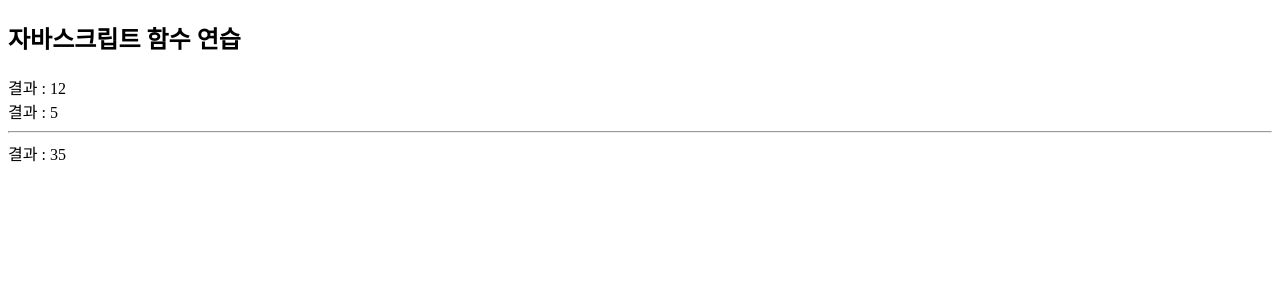
Repository: shinsil0601/webstudy
Page: 03_JavaScript/src/main/webapp/day02/ex06_function.html
The author's editor kept a copy of each file at every save. The page is drawn from the files as they stood at one save, then again after the next save.
The browser window is 1280 px wide. The pictures show the whole page.

Above is the page before, as saved 2023-06-28 02:55:22.

### 03_JavaScript/src/main/webapp/day02/ex06_function.html
<!DOCTYPE html>
<html>
<head>
<meta charset="UTF-8">
<title>function() : 함수</title>
<script type="text/javascript">
	// 리턴이 없는 함수
	function add(a,b) {
		document.write("결과 : "+ (a+b) +"<br>");
	}
	var result;
	function sub(a,b) {
		result = a-b;
	}
	// 리턴이 있는 함수
	function mul(a,b){
		return a*b;
	}
	function mul2(a,b){
		var res = a*b;
		return res;
	}
</script>
</head>
<body>
	<h2> 자바스크립트 함수 연습 </h2>
	<script type="text/javascript">
		//리턴이 없는 함수 호출
		add(7,5);
		sub(7,2);
		document.write("결과 : "+ result);
		document.write("<hr>");

		//리턴이 있는 함수 호출
		var k = mul(7,5);
		document.write("결과 : "+ k);
	</script>
</body>
</html>

After the next save:
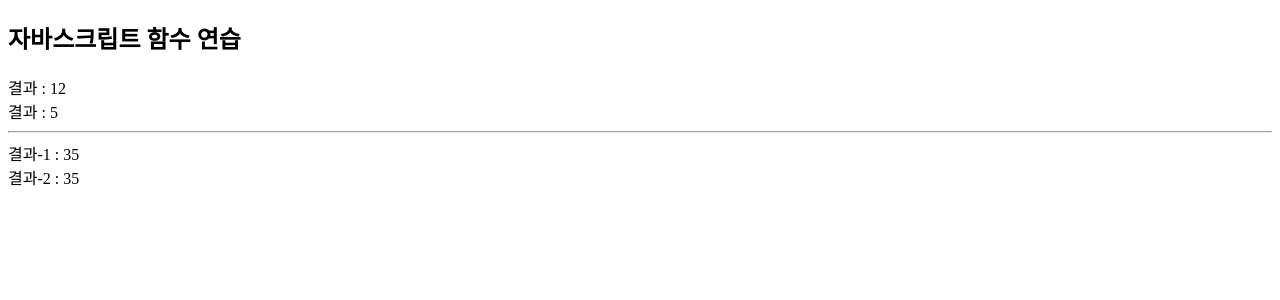
Saved 82 s later.
--- a/03_JavaScript/src/main/webapp/day02/ex06_function.html
+++ b/03_JavaScript/src/main/webapp/day02/ex06_function.html
@@ -33,7 +33,10 @@
 
 		//리턴이 있는 함수 호출
 		var k = mul(7,5);
-		document.write("결과 : "+ k);
+		document.write("결과-1 : "+ k);
+		document.write("<br>");
+		var k2 = mul2(7,5);
+		document.write("결과-2 : "+ k2);
 	</script>
 </body>
 </html>
